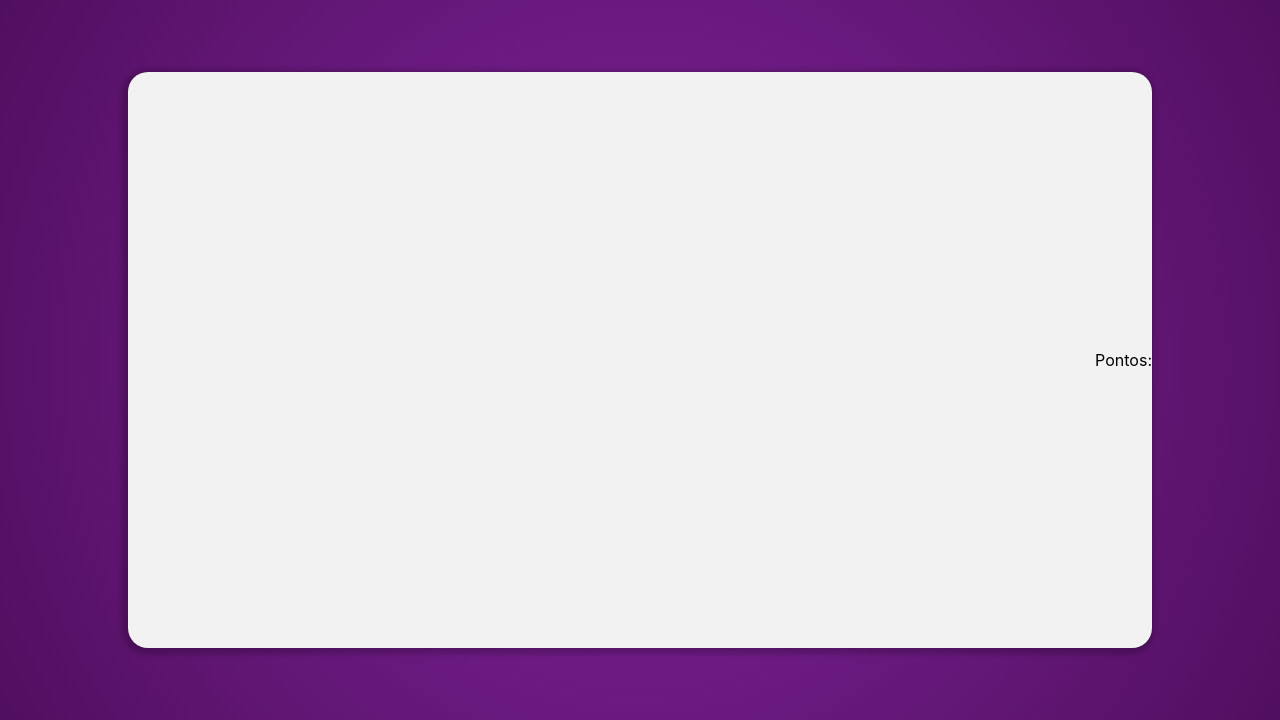
Repository: gabrielejandres/bd-final-project
Page: /play (app in frontend/)
An editor plug-in stored every save of this project. The page is shown before and after the next save, followed by the edit.
The browser window is 1280 px wide. The pictures show the whole page.
The project was rebuilt for these pictures with package versions that can differ from the ones it lists, and the page was loaded fresh each time. Also part of the build but not shown: frontend/src/App.css, frontend/src/components/Button/index.jsx, frontend/src/components/Logo/style.css, frontend/src/components/Logo/index.jsx, frontend/src/components/Footer/Login/index.jsx, frontend/src/pages/Login/index.jsx, frontend/src/components/Footer/Home/style.css, frontend/src/components/Footer/Home/index.jsx and 1 more.

Above is the page before, as saved 2022-03-05 21:25:01.

After the next save:
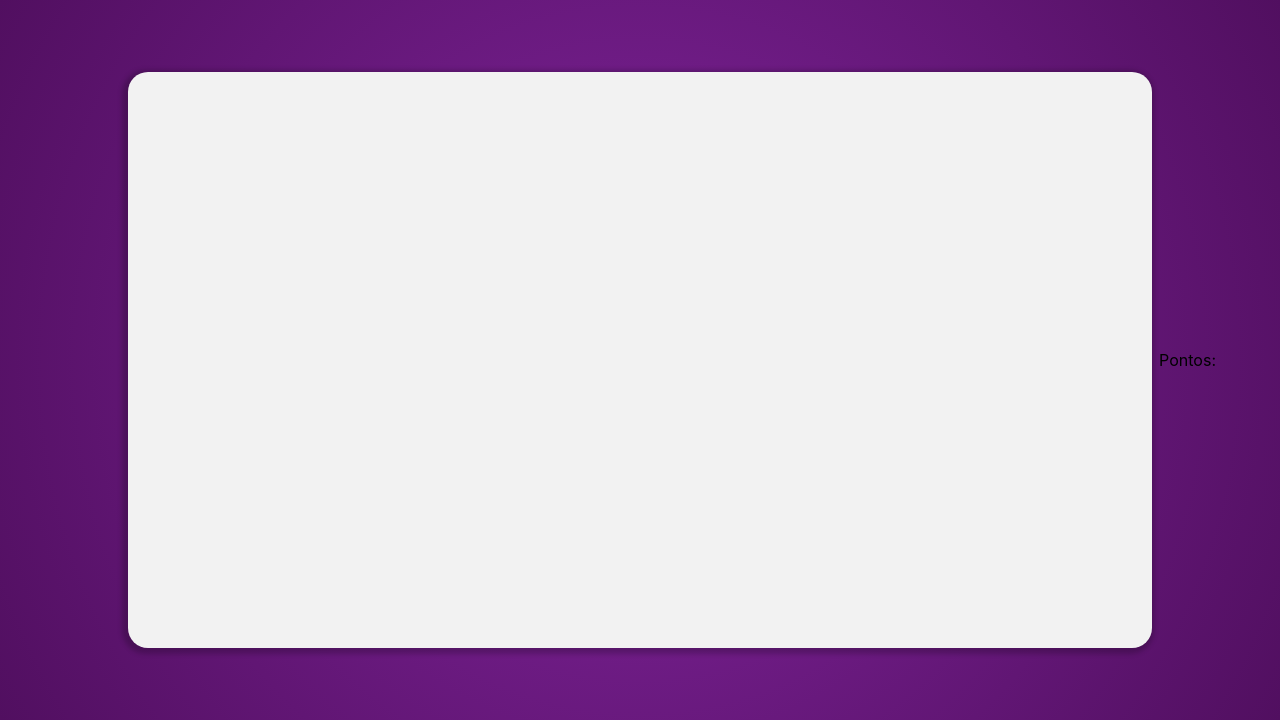
Saved 8 s later.
--- a/frontend/src/pages/Play/style.css
+++ b/frontend/src/pages/Play/style.css
@@ -12,5 +12,5 @@
 
 .score{
   position: absolute;
-  right: 10vw;
+  right: 5vw;
 }
